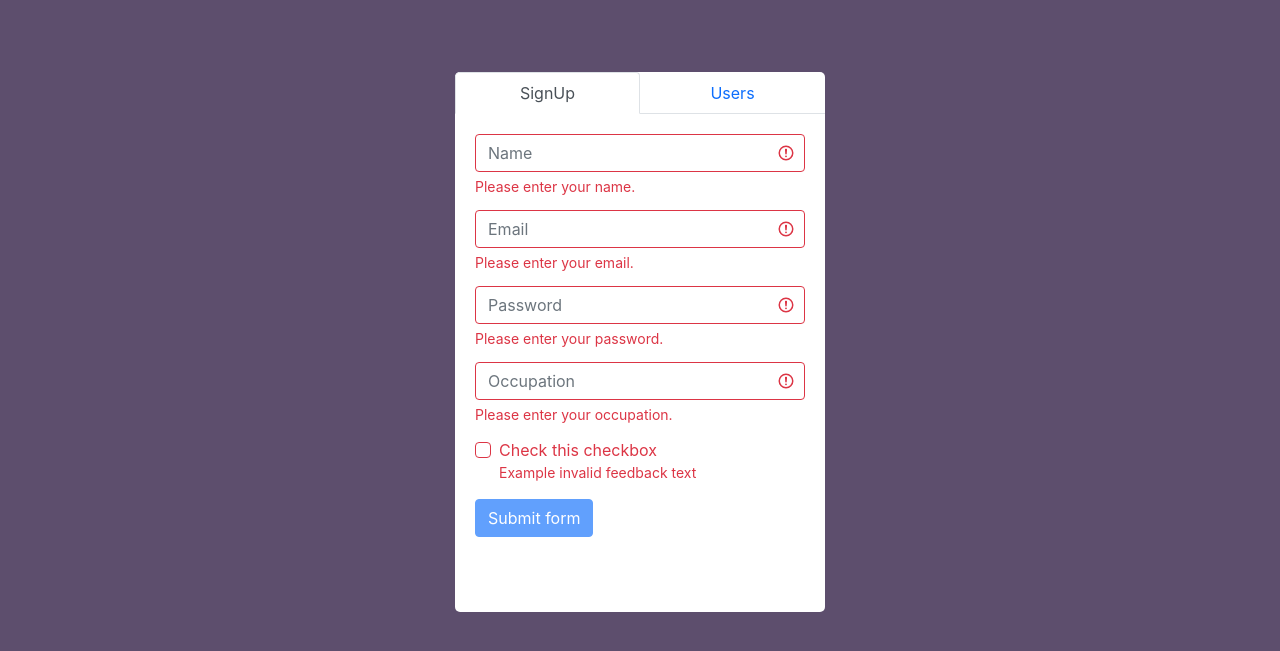
Repository: asadalibest1/SignUp-from
Page: /
The author's editor kept a copy of each file at every save. The page is drawn from the files as they stood at one save, then again after the next save.
The browser window is 1280 px wide. The pictures show the whole page.
The project was rebuilt for these pictures with package versions that can differ from the ones it lists, and the page was loaded fresh each time. Also part of the build but not shown: src/components/Users/Users.css.

Above is the page before, as saved 2021-02-06 22:13:53.

### public/index.html
<!DOCTYPE html>
<html lang="en">
  <head>
    <meta charset="utf-8" />
    <link rel="icon" href="%PUBLIC_URL%/favicon.png" />
    <meta name="viewport" content="width=device-width, initial-scale=1" />
    <meta name="theme-color" content="#000000" />
    <meta
      name="description"
      content="Web site created using create-react-app"
    />
    <link rel="apple-touch-icon" href="%PUBLIC_URL%/logo192.png" />
    <!--
      manifest.json provides metadata used when your web app is installed on a
      user's mobile device or desktop. See https://developers.google.com/web/fundamentals/web-app-manifest/
    -->
    <link rel="manifest" href="%PUBLIC_URL%/manifest.json" />
    <!--
      Notice the use of %PUBLIC_URL% in the tags above.
      It will be replaced with the URL of the `public` folder during the build.
      Only files inside the `public` folder can be referenced from the HTML.

      Unlike "/favicon.ico" or "favicon.ico", "%PUBLIC_URL%/favicon.ico" will
      work correctly both with client-side routing and a non-root public URL.
      Learn how to configure a non-root public URL by running `npm run build`.
    -->
    <!-- Bootstrap -->
    <link href="https://cdn.jsdelivr.net/npm/bootstrap@5.0.0-beta1/dist/css/bootstrap.min.css" rel="stylesheet" integrity="sha384-giJF6kkoqNQ00vy+HMDP7azOuL0xtbfIcaT9wjKHr8RbDVddVHyTfAAsrekwKmP1" crossorigin="anonymous">
    <title>Sign Up</title>
  </head>
  <body>
    <noscript>You need to enable JavaScript to run this app.</noscript>
    <div id="root"></div>
    <!--
      This HTML file is a template.
      If you open it directly in the browser, you will see an empty page.

      You can add webfonts, meta tags, or analytics to this file.
      The build step will place the bundled scripts into the <body> tag.

      To begin the development, run `npm start` or `yarn start`.
      To create a production bundle, use `npm run build` or `yarn build`.
    -->
    <script src="https://cdn.jsdelivr.net/npm/bootstrap@5.0.0-beta1/dist/js/bootstrap.bundle.min.js" integrity="sha384-ygbV9kiqUc6oa4msXn9868pTtWMgiQaeYH7/t7LECLbyPA2x65Kgf80OJFdroafW" crossorigin="anonymous"></script>
  </body>
</html>

### src/index.css
body {
  margin: 0;
  font-family: -apple-system, BlinkMacSystemFont, 'Segoe UI', 'Roboto', 'Oxygen',
    'Ubuntu', 'Cantarell', 'Fira Sans', 'Droid Sans', 'Helvetica Neue',
    sans-serif;
  -webkit-font-smoothing: antialiased;
  -moz-osx-font-smoothing: grayscale;
  background-color: #5D4E6D;
}

code {
  font-family: source-code-pro, Menlo, Monaco, Consolas, 'Courier New',
    monospace;
}

### src/App.js
import React from 'react'
import App1 from "./components/App1/App1"

export default function App() {
  return (
    <div>
      <App1 />
    </div>
  )
}

### src/components/App1/App1.js
import React from 'react'
import Tabs from '../Tabs/Tabs'

export default function App1() {
    return (
        <div>
            <Tabs />
        </div>
    )
}

### src/features/counter/counterSlice.js
import { createSlice } from '@reduxjs/toolkit';

export const counterSlice = createSlice({
  name: 'counter',
  initialState: {
    value: 0,
  },
  reducers: {
    increment: state => {
      // Redux Toolkit allows us to write "mutating" logic in reducers. It
      // doesn't actually mutate the state because it uses the Immer library,
      // which detects changes to a "draft state" and produces a brand new
      // immutable state based off those changes
      state.value += 1;
    },
    decrement: state => {
      state.value -= 1;
    },
    incrementByAmount: (state, action) => {
      state.value += action.payload;
    },
  },
});

export const { increment, decrement, incrementByAmount } = counterSlice.actions;

// The function below is called a thunk and allows us to perform async logic. It
// can be dispatched like a regular action: `dispatch(incrementAsync(10))`. This
// will call the thunk with the `dispatch` function as the first argument. Async
// code can then be executed and other actions can be dispatched
export const incrementAsync = amount => dispatch => {
  setTimeout(() => {
    dispatch(incrementByAmount(amount));
  }, 1000);
};

// The function below is called a selector and allows us to select a value from
// the state. Selectors can also be defined inline where they're used instead of
// in the slice file. For example: `useSelector((state) => state.counter.value)`
export const selectCount = state => state.counter.value;

export default counterSlice.reducer;

### src/components/Tabs/Tabs.js
import React from 'react'
import SignUp from "../SignUp/SignUp"
import Users from "../Users/Users"
import "./Tabs.css"

export default function Tabs() {
    return (
        <div className="tabs-main">
            <div className="tabs">

                <ul className="nav nav-tabs" id="myTab" role="tablist">
                    <li className="nav-item text-center w-50" role="presentation">
                        <a className="nav-link active" id="signUp-tab" data-bs-toggle="tab" href="#signUp" role="tab" aria-controls="signUp" aria-selected="true">SignUp</a>
                    </li>
                    <li className="nav-item text-center w-50" role="presentation">
                        <a className="nav-link" id="users-tab" data-bs-toggle="tab" href="#users" role="tab" aria-controls="users" aria-selected="false">Users</a>
                    </li>
                </ul>
                <div className="tab-content" id="myTabContent">
                    <div className="tab-pane fade show active" id="signUp" role="tabpanel" aria-labelledby="signUp-tab">
                        <SignUp />
                    </div>
                    <div className="tab-pane fade" id="users" role="tabpanel" aria-labelledby="users-tab">

                        <Users />
                    </div>
                </div>


            </div>
        </div>
    )
}

### src/components/SignUp/SignUp.js
import React from 'react'
import "./SignUp.css"

export default function SignUp() {
    return (
        <div className="SignUp">

<form className="was-validated">

  <div className="mb-3">
    <input type="name" className="form-control" id="validationTextarea" placeholder="Name" required />
    <div className="invalid-feedback">
      Please enter your name.
    </div>
  </div>

  <div className="mb-3">
    <input type="email" className="form-control" id="validationTextarea" placeholder="Email" required />
    <div className="invalid-feedback">
      Please enter your email.
    </div>
  </div>

  <div className="mb-3">
    <input type="password" className="form-control" id="validationTextarea" placeholder="Password" required />
    <div className="invalid-feedback">
      Please enter your password.
    </div>
  </div>

  <div className="mb-3">
    <input type="occupation" className="form-control" id="validationTextarea" placeholder="Occupation" required />
    <div className="invalid-feedback">
      Please enter your occupation.
    </div>
  </div>


  <div className="radioButton form-check mb-3">
    <input type="checkbox" className="form-check-input" id="validationFormCheck1" required />
    <label className="form-check-label" for="validationFormCheck1">Check this checkbox</label>
    <div className="invalid-feedback">Example invalid feedback text</div>
  </div>


  <div className="mb-3">
    <button className="btn btn-primary" type="submit" disabled>Submit form</button>
  </div>
</form>
        </div>
    )
}

### src/components/Users/Users.js
import React from 'react'
import "./Users.css"

export default function Users() {
    return (
        <div>
    Users
        </div>
    )
}

### src/components/Tabs/Tabs.css
.tabs{
    width: 370px;
    height: 75vh;
    background-color: white;
    margin: auto auto;
    margin-top: 10vh;
    border-radius: 5px;
    overflow: hidden;
}

### src/components/SignUp/SignUp.css
.SignUp form{
    margin: 20px;
}

.SignUp form > div{
    /* border: 1px solid black; */
    height: 60px;
}

.SignUp form .radioButton{
    /* border: 1px solid black; */
    height: 45px;
}
.radioButton div{
    /* border: 1px solid black; */
    margin: 0;
}

Loaded but not shown: src/index.js (common file); src/app/store.js (common file); src/serviceWorker.js (common file)

After the next save:
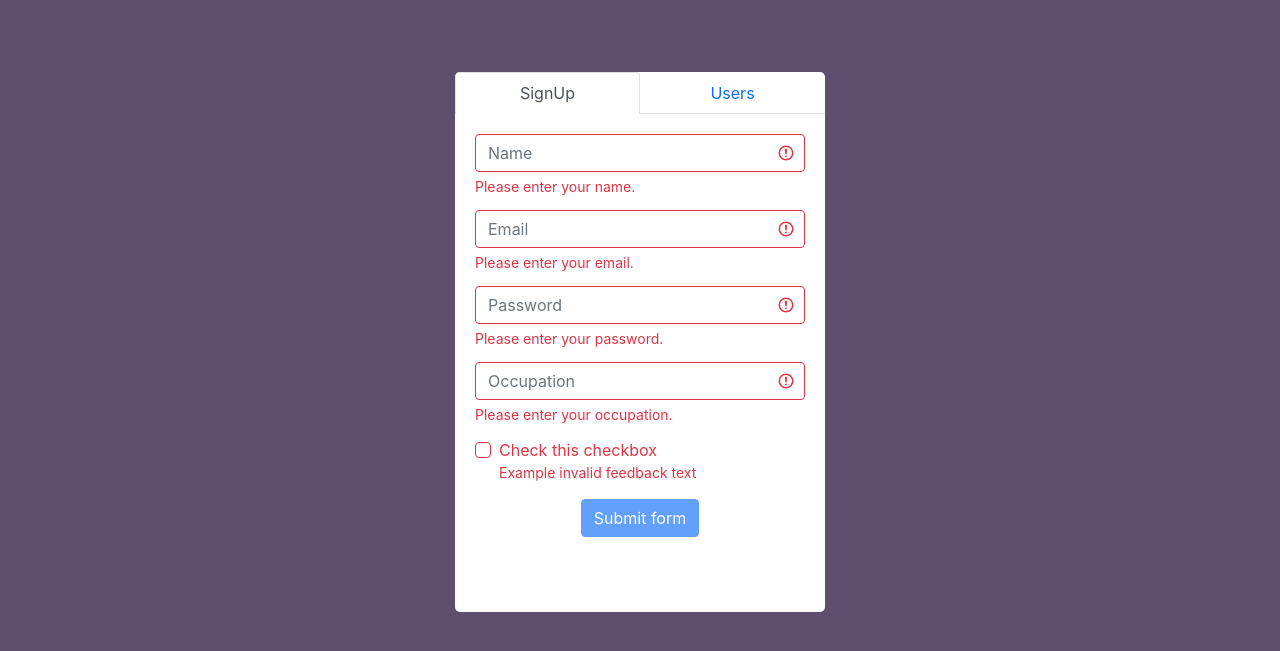
Saved 26 s later.
--- a/src/components/SignUp/SignUp.js
+++ b/src/components/SignUp/SignUp.js
@@ -43,7 +43,7 @@ export default function SignUp() {
   </div>
 
 
-  <div className="mb-3">
+  <div className="mb-3 text-center">
     <button className="btn btn-primary" type="submit" disabled>Submit form</button>
   </div>
 </form>
